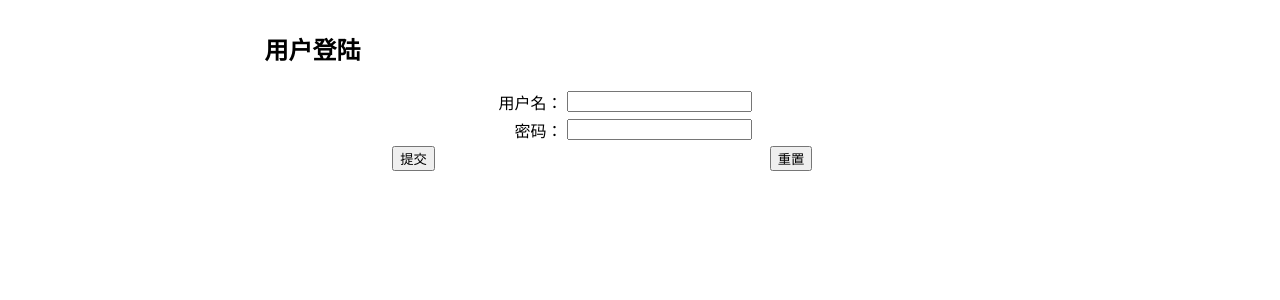
Repository: Lansefanggezi/JavaWeb
Page: http://localhost/Login-MVC/
The author's editor kept a copy of each file at every save. The page is drawn from the files as they stood at one save, then again after the next save.
The browser window is 1280 px wide. The pictures show the whole page.
The page is served by Tomcat 9.

Above is the page before, as saved 2018-04-01 02:01:10.

After the next save:
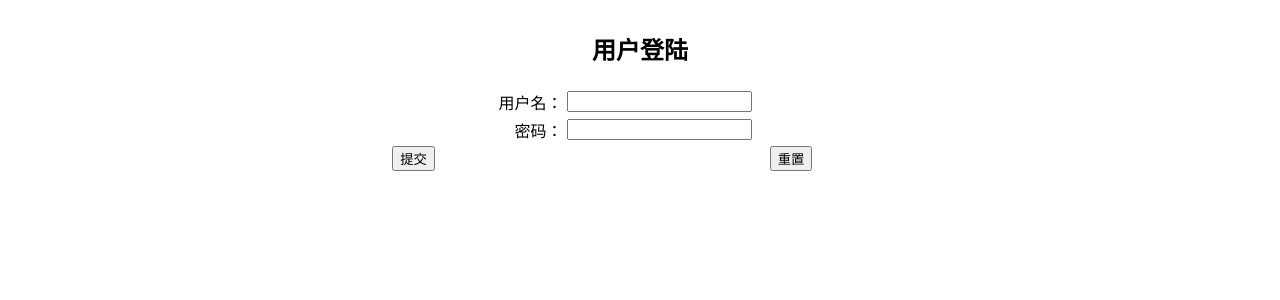
Saved 69 s later.
--- a/Login-MVC/WebContent/Login.jsp
+++ b/Login-MVC/WebContent/Login.jsp
@@ -29,7 +29,7 @@
 		<col width="300">
 		<col width="">
 			<tr>
-				<td colspan="2">
+				<td colspan="2" align="center">
 					<h2>用户登陆</h2>
 				</td>
 			</tr>
